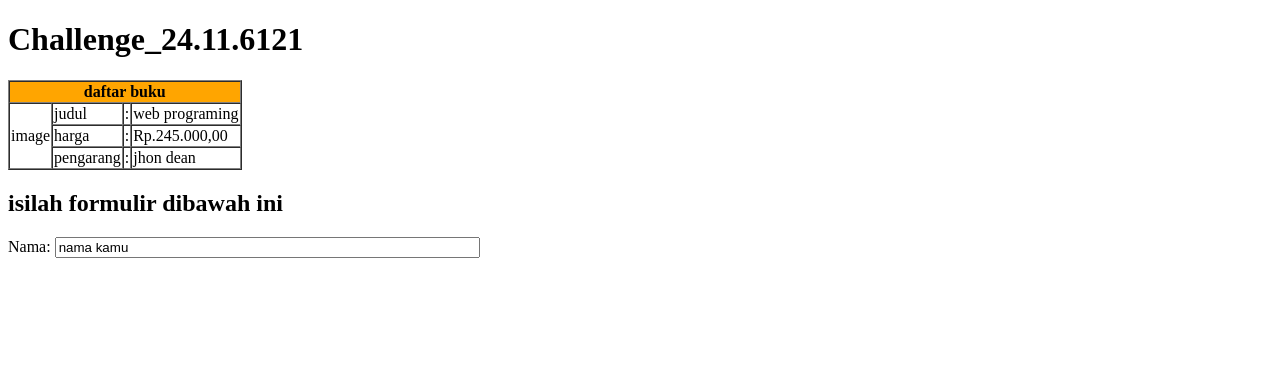
Repository: Tepen-com/challenge_24.11.6121_p4
Page: index.html
The author's editor kept a copy of each file at every save. The page is drawn from the files as they stood at one save, then again after the next save.
The browser window is 1280 px wide. The pictures show the whole page.

Above is the page before, as saved 2026-04-20 10:59:14.

### index.html
<!DOCTYPE html>
<html lang="eng">
    <head>
        <meta charset="UTF-8">
        <meta name="viewport" content="width=device-width , initiave">
        <title>p1
        </title>

    </head>
    <body>
        <h1>Challenge_24.11.6121</h1>
        <table border="1" cellspacing="0">
            <tr>
                <th colspan="4" bgcolor="orange"> daftar buku</th>
            </tr>
            <tr>
                <td rowspan="4"> image
                </td>
                <td>
                    judul
                </td>
                <td>
                    :
                </td>
                <td>
                    web programing
                </td>
            </tr>
            <tr>
                <td>harga</td>
                <td>:</td>
                <td>Rp.245.000,00</td>
            </tr>
            <tr>
                <td>pengarang</td>
                <td>:</td>
                <td>jhon dean</td>
            </tr>
        </table>
        <h2>isilah formulir dibawah ini</h2>
        <p>Nama: <input type="text" value="nama kamu" size="50"></p> <br>

    </body>


</html>

After the next save:
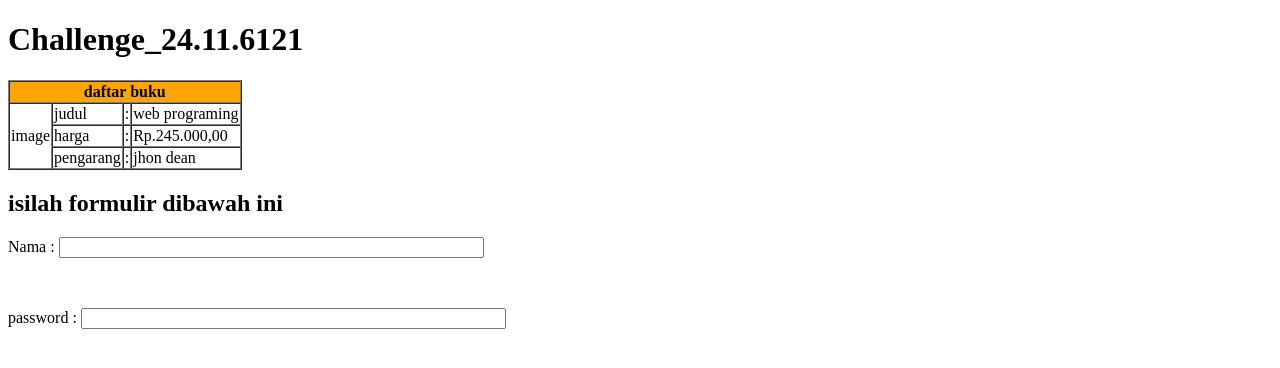
Saved 3 min 45 s later.
--- a/index.html
+++ b/index.html
@@ -38,8 +38,8 @@
             </tr>
         </table>
         <h2>isilah formulir dibawah ini</h2>
-        <p>Nama: <input type="text" value="nama kamu" size="50"></p> <br>
-
+        <p>Nama : <input type="text" value="" size="50"></p> <br>
+        <p>password : <input type="text" value="" size="50"></p>
     </body>
 
 
